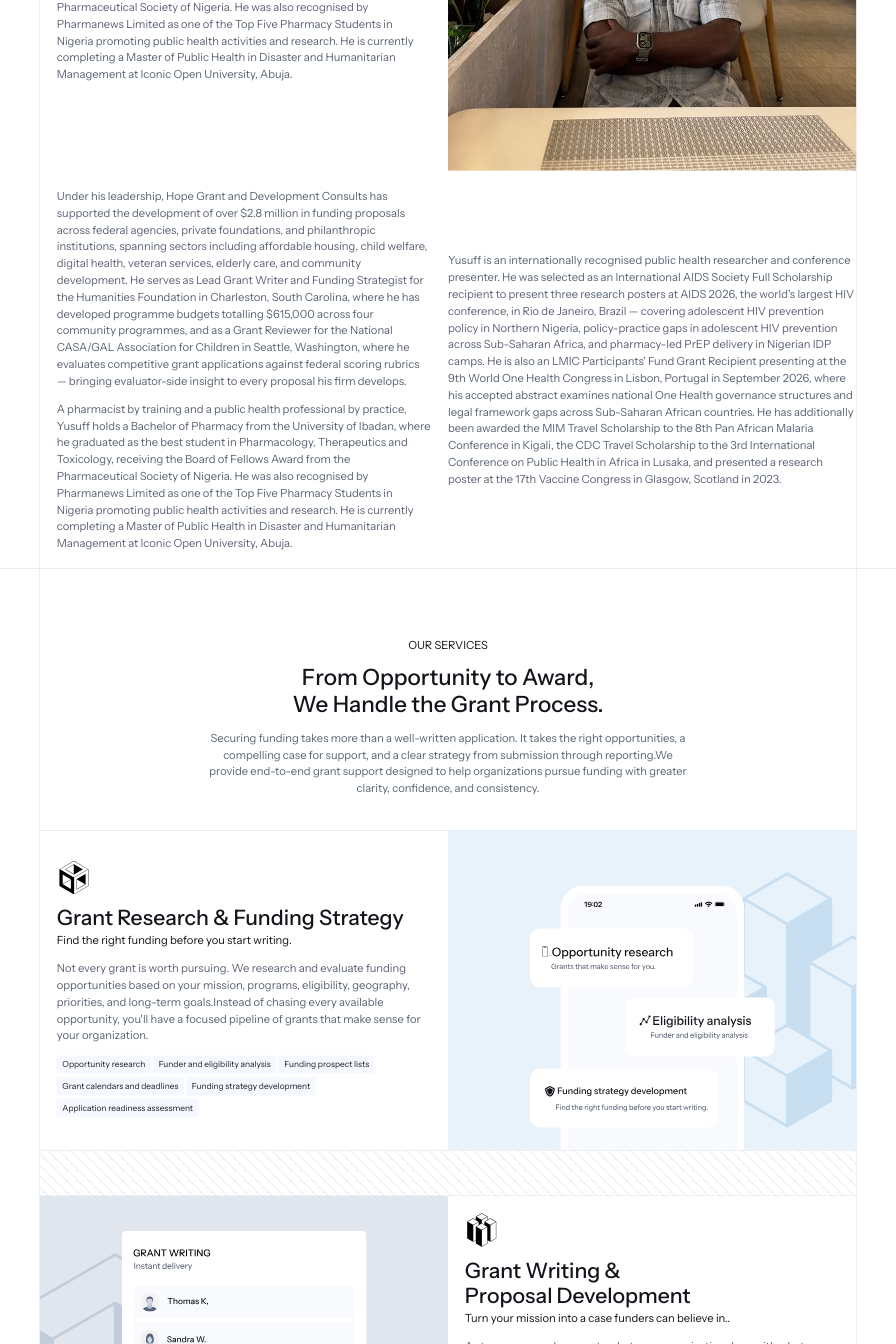
Repository: Ajeyinka/Upgrowth
Page: about.html
An editor plug-in stored every save of this project. The page is shown before and after the next save, followed by the edit.
The browser window is 1280 px wide. The pictures show the part of the page from y = 534 to 2454 px (the page is 5435 px tall before and 5203 px after), at 70% of full size.

Above is the page before, as saved 2026-09-24 18:40:22.

### about.html
<!doctype html>
<html lang="en">
  <head>
    <meta charset="UTF-8" />
    <meta name="viewport" content="width=device-width, initial-scale=1.0" />
     <meta
      name="description"
      content="Granted Advisors specialize in helping you scale your impact and secure resources they need to fulfill their mission"
    />
    <meta name="author" content="designer_0layinka" />
    <meta name="robots" content="index, follow" />
    <title>UpGrowth Consulting | grant writing service</title>
    <link rel="stylesheet" href="styles.css" />
    <link rel="icon" type="image/svg" href="images/logo.svg">
     <script src="script.js" defer></script>
  </head>
  <body>

    <nav class="navbar">
      <div class="nav-wrapper">
        <a class="logo" href="/">
           Hope Consults
        </a>

      <ul class="nav-list">
        <li><a href="#about">About Us</a></li>
        <li><a href="#services">Services</a></li>
        <li><a href="#approach">Approach</a></li>
        <li><a href="#faq">Faq</a></li>
      </ul>
      <div class="btn-wrap">
        <a href="contact.html" class="primary-btn"
          >Get in Touch
           <svg xmlns:xlink="http://www.w3.org/1999/xlink"  width="100%" height="100%" viewBox="0 0 16 17" fill="currentColor" xmlns="http://www.w3.org/2000/svg">
<path opacity="0.5" d="M2.66659 8C2.53398 8 2.4068 8.05268 2.31303 8.14645C2.21926 8.24021 2.16659 8.36739 2.16659 8.5C2.16659 8.63261 2.21926 8.75978 2.31303 8.85355C2.4068 8.94732 2.53398 9 2.66659 9L2.66659 8ZM2.66659 9L13.3333 9L13.3333 8L2.66659 8L2.66659 9Z" fill="currentColor"></path>
<path d="M13.9152 8.02637C14.1555 8.32095 14.138 8.75567 13.8634 9.03028L9.86341 13.0303C9.57051 13.3232 9.09575 13.3232 8.80286 13.0303C8.50997 12.7374 8.50997 12.2626 8.80286 11.9697L12.2726 8.5L8.80286 5.03028C8.50997 4.73738 8.50997 4.26262 8.80286 3.96973C9.09575 3.67684 9.57052 3.67684 9.86341 3.96973L13.8634 7.96973L13.9152 8.02637Z" fill="currentColor"></path>
</svg>
        </a>
      </div>
      <div class="btn-toggle-hold">
              <a href="#" class="toggle_button" id="toggle_button">
                <span class="bar one"></span>
                <span class="bar two"></span>
                <span class="bar three"></span>
              </a>

            </div>

    </nav>
    <main>
         <section class="about-section" id="about">
  <div class="container_large">
    <div class="padding_globe">
      <div class="service-component">
        <div class="section-conten">

        <div class="two-col-grid">
            <div class="grid-text">
              <div>
                <div class="eye-brow">About</div>

                <h2>
                  Helping Purpose-Driven Organizations Secure the Funding They
                  Deserve.
                </h2>
              </div>

              <p>
                Yusuff Azeez Olanrewaju is the Founder and Chief Executive Officer of Hope Grant and Development Consults Limited, a grants and fundraising consulting firm supporting nonprofits, healthcare organisations, and social impact ventures in Nigeria and the United States to secure funding, strengthen resource mobilisation strategies, and build sustainable programme infrastructure.



              </p>
              <p>A pharmacist by training and a public health professional by practice, Yusuff holds a Bachelor of Pharmacy from the University of Ibadan, where he graduated as the best student in Pharmacology, Therapeutics and Toxicology, receiving the Board of Fellows Award from the Pharmaceutical Society of Nigeria. He was also recognised by Pharmanews Limited as one of the Top Five Pharmacy Students in Nigeria promoting public health activities and research. He is currently completing a Master of Public Health in Disaster and Humanitarian Management at Iconic Open University, Abuja.</p>
            </div>

            <div class="grid-image">
              <img src="images/consult.webp" alt="" />
            </div>
          </div>

           <div class="two-col-grid">
            <div class="grid-text">


              <p>
                Under his leadership, Hope Grant and Development Consults has supported the development of over $2.8 million in funding proposals across federal agencies, private foundations, and philanthropic institutions, spanning sectors including affordable housing, child welfare, digital health, veteran services, elderly care, and community development. He serves as Lead Grant Writer and Funding Strategist for the Humanities Foundation in Charleston, South Carolina, where he has developed programme budgets totalling $615,000 across four community programmes, and as a Grant Reviewer for the National CASA/GAL Association for Children in Seattle, Washington, where he evaluates competitive grant applications against federal scoring rubrics — bringing evaluator-side insight to every proposal his firm develops.



              </p>
              <p>A pharmacist by training and a public health professional by practice, Yusuff holds a Bachelor of Pharmacy from the University of Ibadan, where he graduated as the best student in Pharmacology, Therapeutics and Toxicology, receiving the Board of Fellows Award from the Pharmaceutical Society of Nigeria. He was also recognised by Pharmanews Limited as one of the Top Five Pharmacy Students in Nigeria promoting public health activities and research. He is currently completing a Master of Public Health in Disaster and Humanitarian Management at Iconic Open University, Abuja.</p>
            </div>

            <div class="grid-image">
               <p>
                Yusuff is an internationally recognised public health researcher and conference presenter. He was selected as an International AIDS Society Full Scholarship recipient to present three research posters at AIDS 2026, the world's largest HIV conference, in Rio de Janeiro, Brazil — covering adolescent HIV prevention policy in Northern Nigeria, policy-practice gaps in adolescent HIV prevention across Sub-Saharan Africa, and pharmacy-led PrEP delivery in Nigerian IDP camps. He is also an LMIC Participants' Fund Grant Recipient presenting at the 9th World One Health Congress in Lisbon, Portugal in September 2026, where his accepted abstract examines national One Health governance structures and legal framework gaps across Sub-Saharan African countries. He has additionally been awarded the MIM Travel Scholarship to the 8th Pan African Malaria Conference in Kigali, the CDC Travel Scholarship to the 3rd International Conference on Public Health in Africa in Lusaka, and presented a research poster at the 17th Vaccine Congress in Glasgow, Scotland in 2023.




              </p>
            </div>
          </div>

        </div>
      </div>
    </div>
  </div>
</section>

        <section class="service-section" id="services">
          <div class="container_large">
             <div class="padding_globe">
              <div class="service-component">
                 <div class="section-top">
                  <div class="section-top-text">
                        <div class="eye-brow">OUR SERVICES</div>
                        <h2>From Opportunity to Award, We Handle the Grant Process.</h2>
                         <p>Securing funding takes more than a well-written application. It takes the right opportunities, a compelling case for support, and a clear strategy from submission through reporting.We provide end-to-end grant support designed to help organizations pursue funding with greater clarity, confidence, and consistency.</p>
                  </div>

                 </div>
                 <div class="section-content">
                   <div class="two-col-grid">
                     <div class="grid-text">
                      <img src="images/grant.svg" alt="" srcset="">
                      <div>
                        <h3>Grant Research & Funding Strategy</h3>
                       <div class="eye-brow">Find the right funding before you start writing.</div>
                      </div>
                       <p>Not every grant is worth pursuing. We research and evaluate funding opportunities based on your mission, programs, eligibility, geography, priorities, and long-term goals.Instead of chasing every available opportunity, you'll have a focused pipeline of grants that make sense for your organization.</p>
                        <div class="tags">
                        <div class="tag">Opportunity research</div>
                        <div class="tag">Funder and eligibility analysis</div>
                        <div class="tag">Funding prospect lists</div>
                        <div class="tag">Grant calendars and deadlines</div>
                        <div class="tag">Funding strategy development</div>
                        <div class="tag">Application readiness assessment</div>
                       </div>
                     </div>
                     <div class="grid-image">
                      <img src="images/firstbg.svg" alt="" srcset="">
                      <img src="images/grand-research.svg" alt="" srcset="" class=" rsh">
                    </div>
                   </div>
                    <div class="two-col-grid">

                     <div class="grid-image">
                      <img src="images/secondbg.svg" alt="" srcset="">
                      <img src="images/grantwrite.svg" alt="" srcset="" class="top">
                    </div>
                    <div class="grid-text">
                      <img src="images/grant2.svg" alt="" srcset="">
                      <div>
                        <h3>Grant Writing & Proposal Development</h3>
                       <div class="eye-brow">Turn your mission into a case funders can believe in..</div>
                      </div>
                       <p>A strong proposal connects what your organization does with what funders care about. We transform your programs, goals, data, and impact into clear, persuasive applications built around each funder's requirements.From the first narrative to the final submission package, every detail is developed with clarity and purpose.</p>
                        <div class="tags">
                        <div class="tag">Proposal and narrative development</div>
                        <div class="tag">Letters of inquiry and concept notes</div>
                        <div class="tag">Goals, objectives, and outcomes</div>
                        <div class="tag">Budget narrative support</div>
                        <div class="tag">Application review and editing</div>
                        <div class="tag">Needs statements and program descriptions</div>
                       </div>
                     </div>
                   </div>
                    <div class="two-col-grid">
                     <div class="grid-text">
                      <img src="images/grant3.svg" alt="" srcset="">
                       <div>
                        <h3>Grant Management & Reporting</h3>
                       <div class="eye-brow">Stay funded after the award..</div>
                      </div>
                       <p>Winning a grant creates new responsibilities. Deadlines, reporting requirements, deliverables, renewals, and funder communication all need careful management.We help you stay organized and accountable throughout the grant lifecycle, while positioning your organization for stronger funder relationships and future opportunities.</p>
                       <div class="tags">
                        <div class="tag">Grant calendar management</div>
                        <div class="tag">Reporting and documentation</div>
                        <div class="tag">Progress and impact reports</div>
                        <div class="tag">Compliance tracking</div>
                        <div class="tag">Renewal applications</div>
                        <div class="tag">Funder communication support</div>
                        <div class="tag">Ongoing grant pipeline management</div>
                       </div>
                     </div>
                     <div class="grid-image">
                      <img src="images/thirdbg.svg" alt="" srcset="">
                      <img src="images/grantmanage.svg" alt="" srcset="" class="top">
                    </div>
                   </div>
                 </div>
              </div>
             </div>
          </div>
        </section>
        <section class="approach-section" id="approach">
          <div class="container_large">
             <div class="padding_globe">
              <div class="service-component">
                <div class="section-top">
                  <div class="section-top-text">
                        <div class="eye-brow">OUR APPROACH</div>
                        <h2>The Right Grant.The Right Story.The Right Strategy.</h2>
                         <p>Successful grant funding starts long before the application and continues after the award. Our approach brings research, strategy, writing, and grant management together into one clear process, so every opportunity you pursue has purpose behind it.</p>
                  </div>

                 </div>
                 <div class="section-content">
                   <div class="three-col-grid">
                     <div class="approach-card">
                       <img src="images/grant4.svg" alt="">
                       <div>
                         <div class="eyebrow">DISCOVER</div>
                        <h3>We Start With Your Mission.</h3>
                       </div>
                       <p>Before we search for funding, we take the time to understand your organization, programs, goals, community, and funding priorities. This gives us the foundation to identify opportunities that truly align with the work you do.</p>
                       <div class="eyebrow">Understand the mission. Define the need. Set the direction.</div>
                     </div>
                     <div class="approach-card">
                       <img src="images/grant5.svg" alt="">
                       <div>
                         <div class="eyebrow">RESEARCH</div>
                         <h3>We Find the Right Opportunities.</h3>
                       </div>
                       <p>More grants don't always mean more funding. We research and qualify opportunities based on eligibility, alignment, funding priorities, deadlines, and your likelihood of being a strong candidate.</p>
                        <div class="eyebrow">Less chasing. More strategic opportunities.</div>
                     </div>
                      <div class="approach-card">
                       <img src="images/grant6.svg" alt="">
                       <div>
                         <div class="eyebrow">DEVELOP</div>
                         <h3>We Build a Compelling Case.</h3>
                       </div>
                       <p>We turn your programs, impact, data, and vision into a clear proposal tailored to each funder. Every application is developed to communicate not only what you need, but why your work deserves investment.</p>
                        <div class="eyebrow">Clear narratives. Strong applications. Funder-focused storytelling.</div>
                     </div>
                      <div class="approach-card">
                       <img src="images/grant.svg" alt="">
                       <div>
                         <div class="eyebrow">SUPPORT</div>
                         <h3>We Stay With You Beyond Submission.</h3>
                       </div>
                       <p>Our work doesn't have to end when you hit submit. We can help manage your grant pipeline, reporting requirements, renewals, deadlines, and future opportunities, giving you a more consistent approach to funding.</p>
                        <div class="eyebrow">From first opportunity to long-term funding strategy.</div>
                     </div>


                   </div>
                 </div>
              </div>

             </div>
          </div>
        </section>


        <section class="cta-section rel" id="cta">
          <div class="container_large">
             <div class="padding_globe">
                  <img src="images/bg.svg" alt="" class="bg">
                  <img src="images/bg1.svg" alt="" class="bg2">
                  <div class="cta-component">
                      <h2>Ready to discuss your funding needs?</h2>
                      <p>Schedule a Sales Discovery Call today!</p>
                       <div class="btn-wrapper">
                        <a href="contact.html" class="primary-btn"
                          >Get Grant Support
                           <svg xmlns:xlink="http://www.w3.org/1999/xlink"  width="100%" height="100%" viewBox="0 0 16 17" fill="currentColor" xmlns="http://www.w3.org/2000/svg">
                              <path opacity="0.5" d="M2.66659 8C2.53398 8 2.4068 8.05268 2.31303 8.14645C2.21926 8.24021 2.16659 8.36739 2.16659 8.5C2.16659 8.63261 2.21926 8.75978 2.31303 8.85355C2.4068 8.94732 2.53398 9 2.66659 9L2.66659 8ZM2.66659 9L13.3333 9L13.3333 8L2.66659 8L2.66659 9Z" fill="currentColor"></path>
                              <path d="M13.9152 8.02637C14.1555 8.32095 14.138 8.75567 13.8634 9.03028L9.86341 13.0303C9.57051 13.3232 9.09575 13.3232 8.80286 13.0303C8.50997 12.7374 8.50997 12.2626 8.80286 11.9697L12.2726 8.5L8.80286 5.03028C8.50997 4.73738 8.50997 4.26262 8.80286 3.96973C9.09575 3.67684 9.57052 3.67684 9.86341 3.96973L13.8634 7.96973L13.9152 8.02637Z" fill="currentColor"></path>
                          </svg>
                        </a>
                      </div>
                  </div>
             </div>
          </div>
        </section>

    </main>
      <footer>
             <div class="container_large">
               <div class="padding_globe">
                    <div class="footer-component">
                      <div class="col">
                        <img src="images/footerlogo.svg" alt="">
                        <p>Scale your funding opportunities</p>
                      </div>
                      <div class="col">
                        <h4>Navigate</h4>
                        <ul class="footer-links">
                            <li><a href="index.html#about">About Us</a></li>
                            <li><a href="index.html#services">Services</a></li>
                            <li><a href="index.html#approach">Approach</a></li>
                            <li><a href="contact.html">Get in Touch</a></li>
                        </ul>
                      </div>
                      <div class="col">
                        <h4>Services</h4>
                        <ul class="footer-links">
                            <li><a href="index.html#services">Grant Writing</a></li>
                            <li><a href="index.html#services">Grant Research</a></li>
                            <li><a href="index.html#services">Grant Management</a></li>
                            </ul>
                      </div>
                      <div class="col">
                        <h4>Legal</h4>
                        <ul class="footer-links">
                            <li><a href="privacy.html">Privacy notice</a></li>
                            <li><a href="cookie-policy.html">cookie policy</a></li>
                            <li><a href="contact.html">Contact Us</a></li>
                        </ul>
                      </div>
                      <div class="footer-btm">
                        <p>© 2024 UpGrowth.</p>
                      </div>
                    </div>
             </div>
        </footer>
  </body>
</html>

Loaded but not shown: images/grand-research.svg (58 lines, source omitted); images/grantmanage.svg (52 lines, source omitted); images/grantwrite.svg (95 lines, source omitted); images/footerlogo.svg (25 lines, source omitted); images/bg1.svg (4 lines, source omitted); images/bg.svg (5 lines, source omitted); images/grant4.svg (5 lines, source omitted); images/grant3.svg (3 lines, source omitted); images/grant5.svg (3 lines, source omitted); images/grant6.svg (3 lines, source omitted); images/grant2.svg (3 lines, source omitted); images/grant.svg (5 lines, source omitted); images/secondbg.svg (11 lines, source omitted); images/thirdbg.svg (4 lines, source omitted); script.js (76 lines, source omitted); styles.css (1070 lines, source omitted)

After the next save:
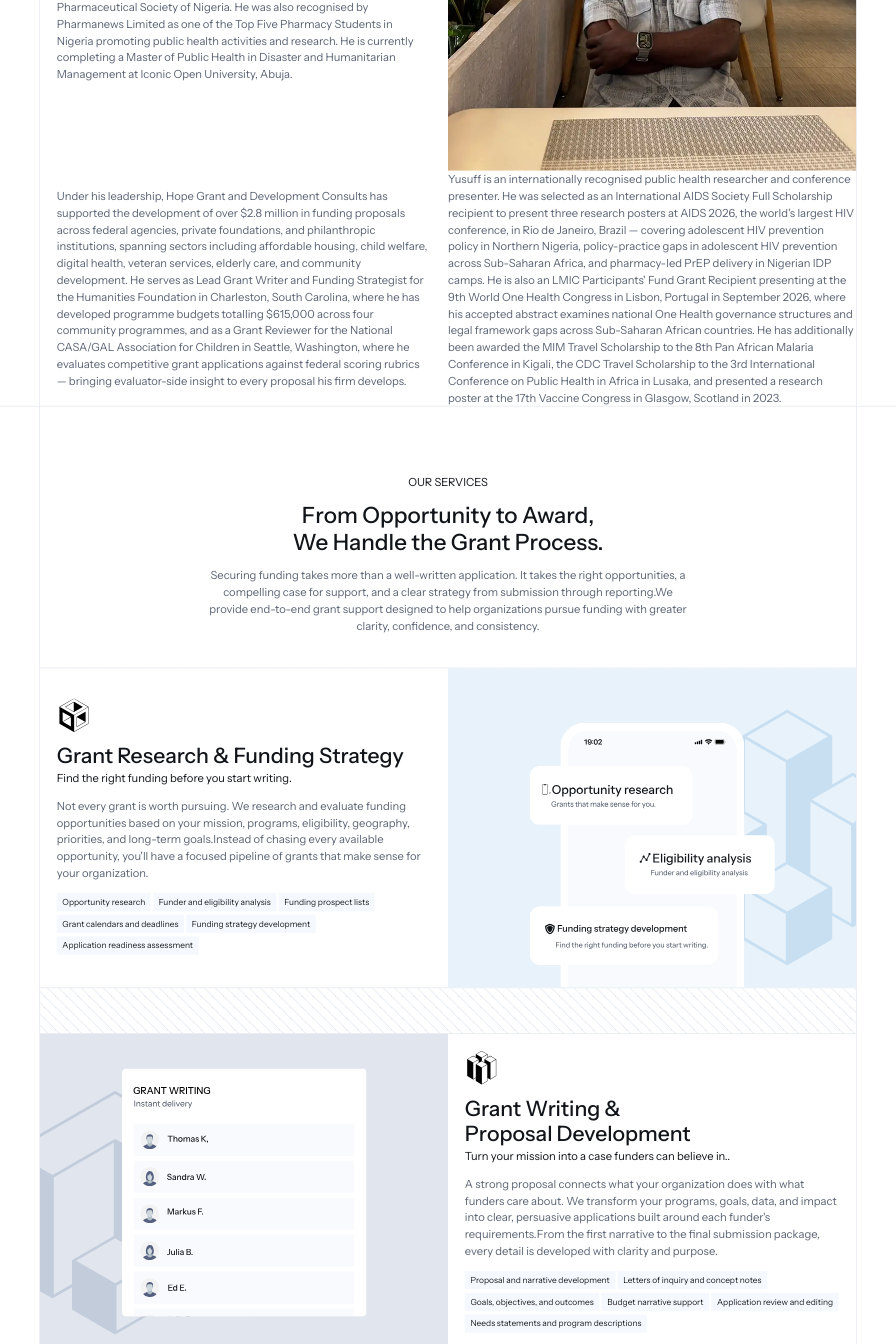
Saved 21 s later.
--- a/about.html
+++ b/about.html
@@ -89,7 +89,7 @@
 
 
               </p>
-              <p>A pharmacist by training and a public health professional by practice, Yusuff holds a Bachelor of Pharmacy from the University of Ibadan, where he graduated as the best student in Pharmacology, Therapeutics and Toxicology, receiving the Board of Fellows Award from the Pharmaceutical Society of Nigeria. He was also recognised by Pharmanews Limited as one of the Top Five Pharmacy Students in Nigeria promoting public health activities and research. He is currently completing a Master of Public Health in Disaster and Humanitarian Management at Iconic Open University, Abuja.</p>
+
             </div>
 
             <div class="grid-image">
